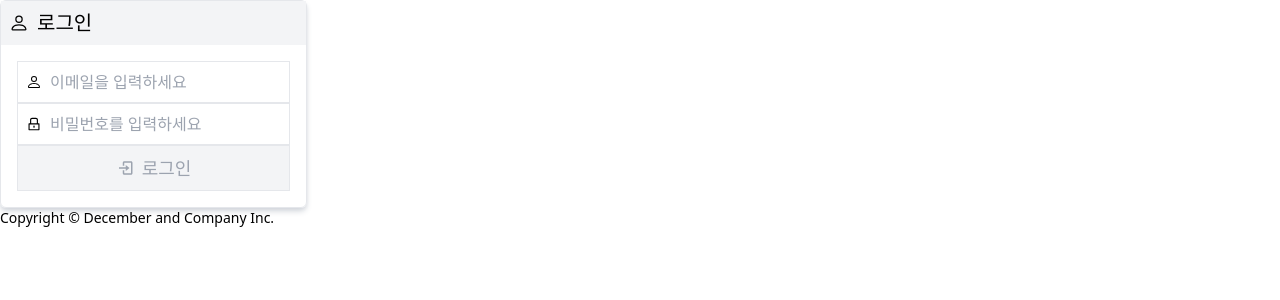
Repository: wanted-pre-onboarding-4/pre-onboarding-assignment-week-4-1-team-4
Page: /login (app in client/)
The author's editor kept a copy of each file at every save. The page is drawn from the files as they stood at one save, then again after the next save.
The browser window is 1280 px wide. The pictures show the whole page.
The project was rebuilt for these pictures with package versions that can differ from the ones it lists, and the page was loaded fresh each time. Also part of the build but not shown: client/src/components/Footer.jsx, client/src/components/Header.jsx, client/src/components/Sider.jsx, client/src/components/Layout.jsx.

Above is the page before, as saved 2022-09-20 21:19:15.

### client/src/index.js
import React from 'react';
import ReactDOM from 'react-dom/client';
import App from './App';
import "./index.css"
const root = ReactDOM.createRoot(document.getElementById('root'));
root.render(
  <React.StrictMode>
    <App />
  </React.StrictMode>
);

### client/src/App.js
import { BrowserRouter as Router, Routes, Route } from 'react-router-dom';
import Layout from './components/Layout';
import Login from './pages/login/Login';

function App() {
  return (
    <Router>
      <Routes>
        <Route path="/login" element={<Login/>} />
        <Route element={<Layout />}>
          <Route path="/" element={<div>홈</div>} />
          <Route path="/users" element={<div>유저 목록 페이지</div>} />
          <Route path="/users/:user_id" element={<div>유저 상세 페이지</div>} />
          <Route path="/accounts" element={<div>계좌 목록 페이지</div>} />
          <Route path="/accounts/:account_id" element={<div>계좌 상세 페이지</div>} />
          <Route path="*" element={<div>404페이지</div>} />
        </Route>
      </Routes>
    </Router>
  );
}

export default App;

### client/src/index.css
#root{
  display: flex;
  height:100vh;
}

@tailwind base;
@tailwind components;
@tailwind utilities;

### client/src/pages/login/Login.jsx
import React from 'react';
import { BsPerson } from 'react-icons/bs';
import { AiOutlineLock } from 'react-icons/ai';
import { BiLogIn } from 'react-icons/bi';

const Login = () => {
  return (
    <div>
      <div className='border-solid border-[1px] rounded-md shadow-md shadow-gray-300'>
        <div className="flex items-center justify-start space-x-2 p-2 font-medium text-xl bg-gray-100">
          <BsPerson />
          <h1>로그인</h1>
        </div>
        <form className='p-4'>
          <label className="flex items-center space-x-2 border-solid border-[1px] p-2">
            <BsPerson />
            <input type="email" placeholder="이메일을 입력하세요" className='outline-none' />
          </label>
          <label className="flex items-center space-x-2 border-solid border-[1px] p-2">
            <AiOutlineLock />
            <input type="password" placeholder="비밀번호를 입력하세요" className='outline-none' />
          </label>
          <button
            className="flex items-center justify-center space-x-2 w-full text-lg border-solid border-[1px] p-2 disabled:text-gray-400 disabled:bg-gray-100"
            disabled={true}
          >
            <BiLogIn />
            <span>로그인</span>
          </button>
        </form>
      </div>
        <p className='text-sm'>Copyright © December and Company Inc.</p>
    </div>
  );
};

export default Login;

Loaded but not shown: client/public/index.html (common file); client/tailwind.config.js (common file)

After the next save:
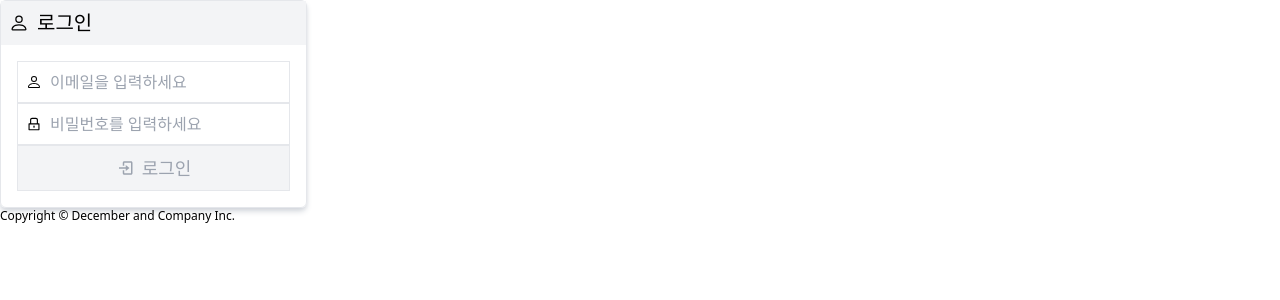
Saved 17 s later.
--- a/client/src/pages/login/Login.jsx
+++ b/client/src/pages/login/Login.jsx
@@ -29,7 +29,7 @@ const Login = () => {
           </button>
         </form>
       </div>
-        <p className='text-sm'>Copyright © December and Company Inc.</p>
+        <p className='text-xs'>Copyright © December and Company Inc.</p>
     </div>
   );
 };
